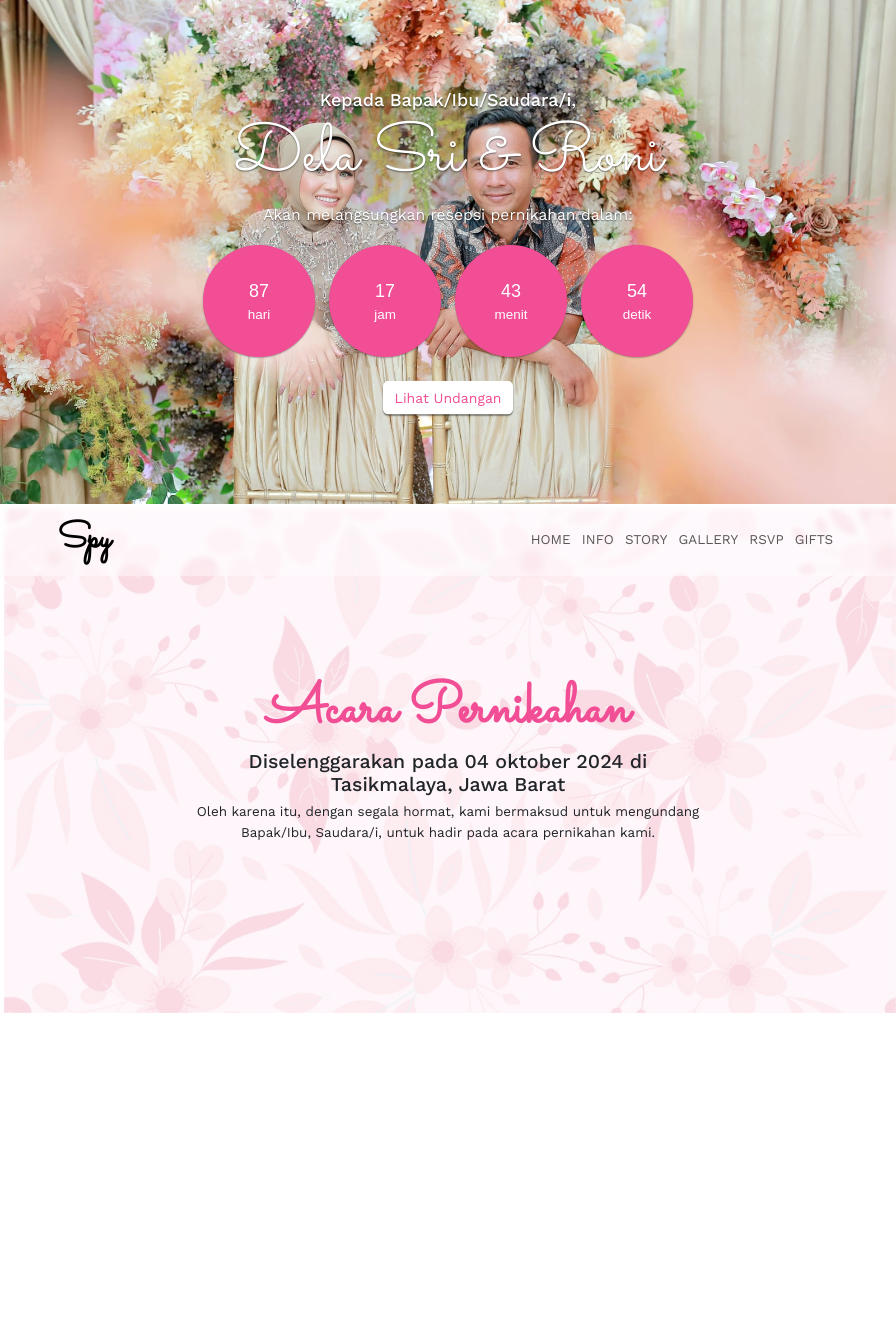
Repository: sellayspy/invitation
Page: index.html
The author's editor kept a copy of each file at every save. The page is drawn from the files as they stood at one save, then again after the next save.
The browser window is 1280 px wide. The pictures show the part of the page from y = 0 to 1920 px (the page is 4000 px tall), at 70% of full size.

Above is the page before, as saved 2024-07-08 15:52:16.

After the next save:
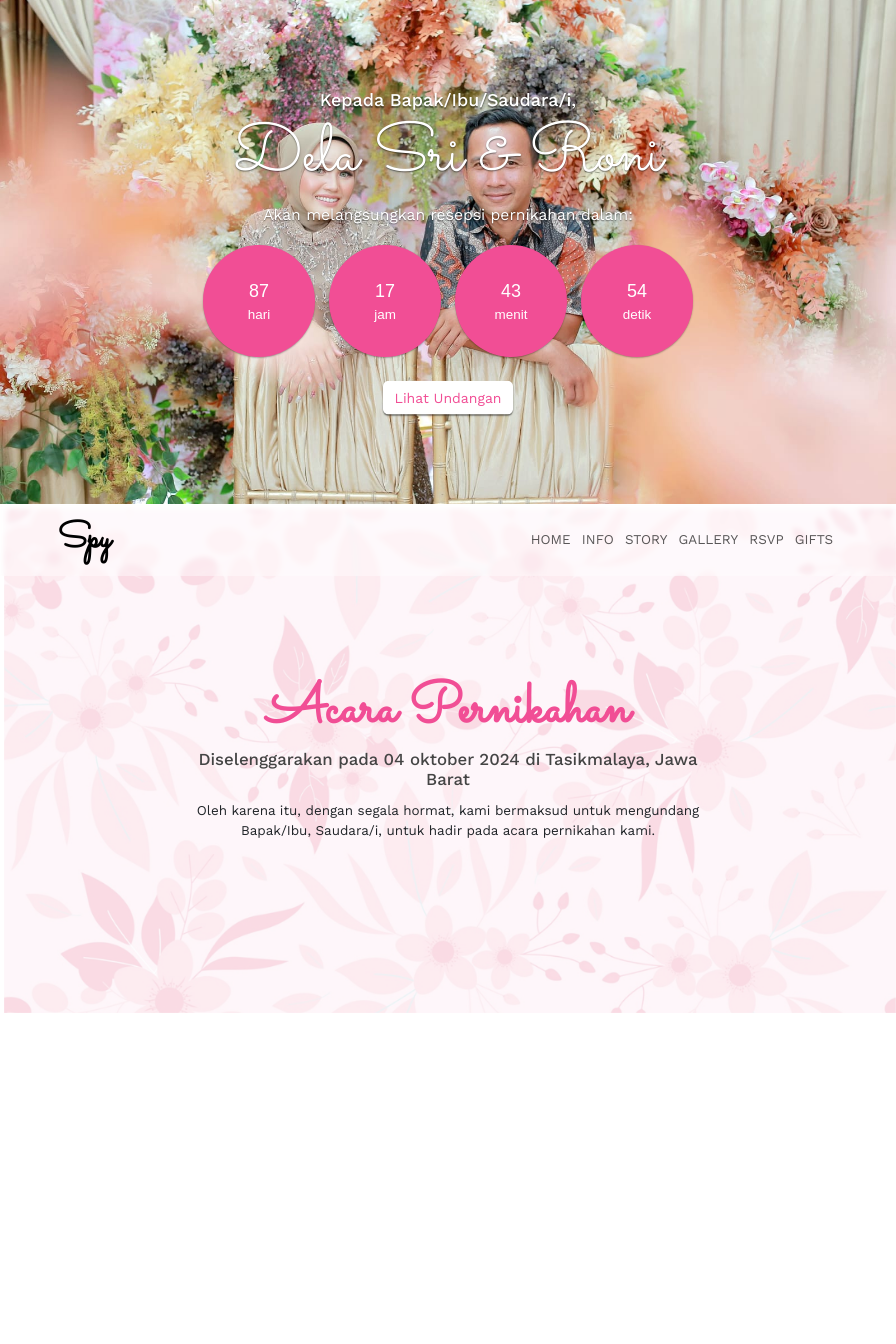
Saved 19 s later.
--- a/style.css
+++ b/style.css
@@ -100,7 +100,9 @@ body {
 }
 
 .home h3 {
-  color: #44;
+  color: #444;
+  font-size: 1.5rem;
+  margin-bottom: 1rem;
 }
 
 /* Media Query */
